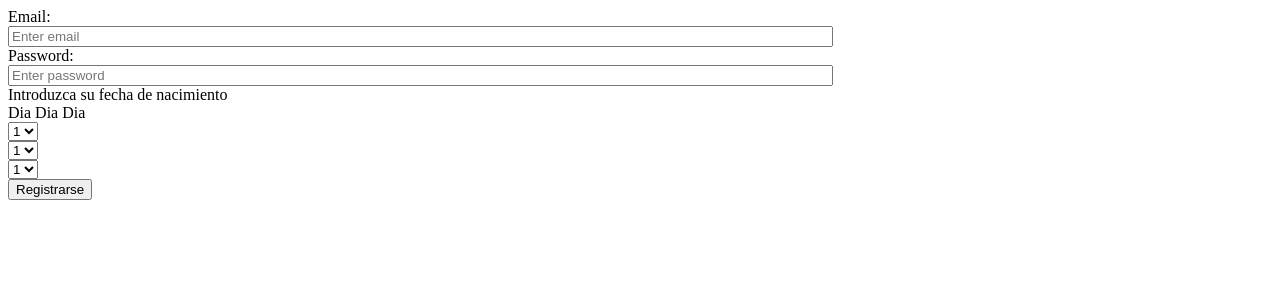
Repository: Adriansen8/GamerArts
Page: http://localhost/html/registro.php
These files come from the project's save history. The page is drawn as it stood at one moment and after the next save; the edit follows.
The browser window is 1280 px wide. The pictures show the whole page.
The page is run by PHP 8.4 with error messages shown; the project is at /var/www/html/.

Above is the page before, as saved 2016-03-22 11:38:26.

After the next save:
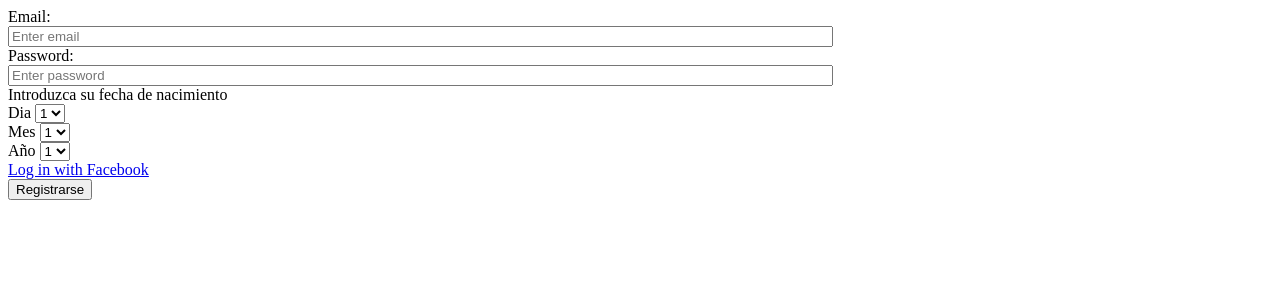
Saved 4 min 51 s later.
--- a/Proyecto/html/registro.php
+++ b/Proyecto/html/registro.php
@@ -1,6 +1,3 @@
-<!DOCTYPE html>
-
-
 <?php
 
 
@@ -23,12 +20,9 @@
         <label class="control-label col-sm-4">Introduzca su fecha de nacimiento</label>
       </div>
       <div class="form-group">
+
+	      <div class="col-sm-1">
 	      <label class="modificacion-formulario control-label col-sm-2" for="sel1">Dia</label>
-	       <label class="modificacion-formulario control-label col-sm-1" for="sel1">Dia</label>
-	      <label class="modificacion-formulario control-label col-sm-1" for="sel1">Dia</label>
-	   </div>
-	   <div class="form-group">
-	      <div class="col-sm-2">
 	      <select class="form-control" id="sel1">
 	        <option>1</option>
 	        <option>2</option>
@@ -38,6 +32,7 @@
 	      </div>
 
 	      <div class="col-sm-1">
+	       <label class="modificacion-formulario control-label col-sm-1" for="sel1">Mes</label>
 	      <select class="form-control" id="sel1">
 	        <option>1</option>
 	        <option>2</option>
@@ -47,6 +42,7 @@
 	      </div>
 
 	      <div class="col-sm-1">
+	      <label class="modificacion-formulario control-label col-sm-1" for="sel1">Año</label>
 	      <select class="form-control" id="sel1">
 	        <option>1</option>
 	        <option>2</option>
@@ -57,6 +53,14 @@
 
       </div>
       <div class="form-group">
+        <div class="col-sm-2">
+          <a class="btn azm-social azm-btn azm-facebook" href="#">
+            <i class="fa fa-facebook"></i>
+            Log in with Facebook
+          </a>
+        </div>
+      </div>
+      <div class="form-group">
         <div class="col-sm-offset-2 col-sm-10">
           <button type="submit" class="btn btn-default">Registrarse</button>
         </div>
